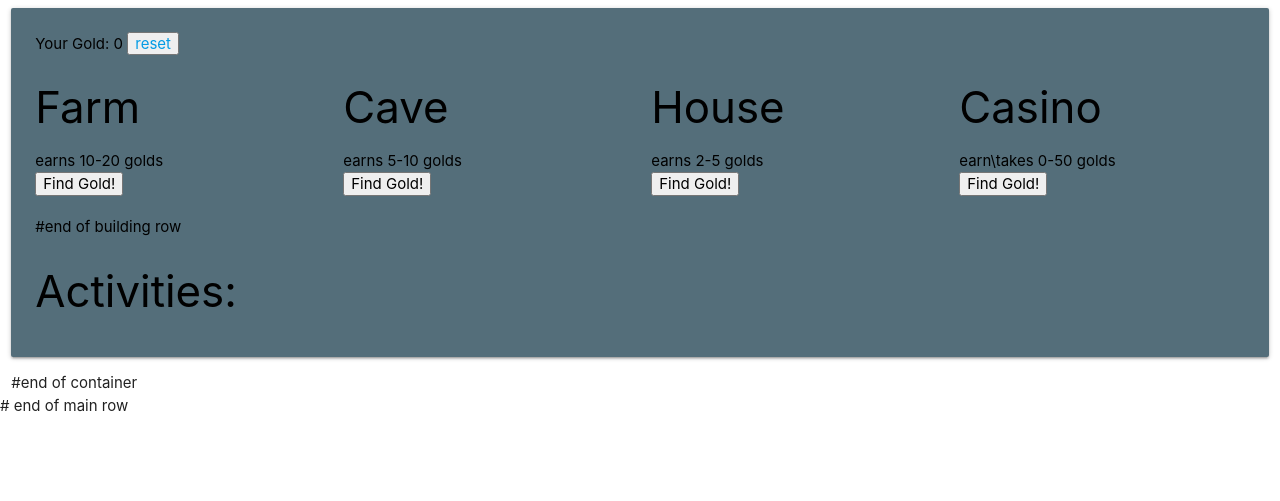
Repository: bvnger/Ninja_gold_flask
Page: http://localhost/
The author's editor kept a copy of each file at every save. The page is drawn from the files as they stood at one save, then again after the next save.
The browser window is 1280 px wide. The pictures show the whole page.
The page is served by the project's application, run on Flask 3 (server.py).

Above is the page before, as saved 2019-11-04 14:24:46.

After the next save:
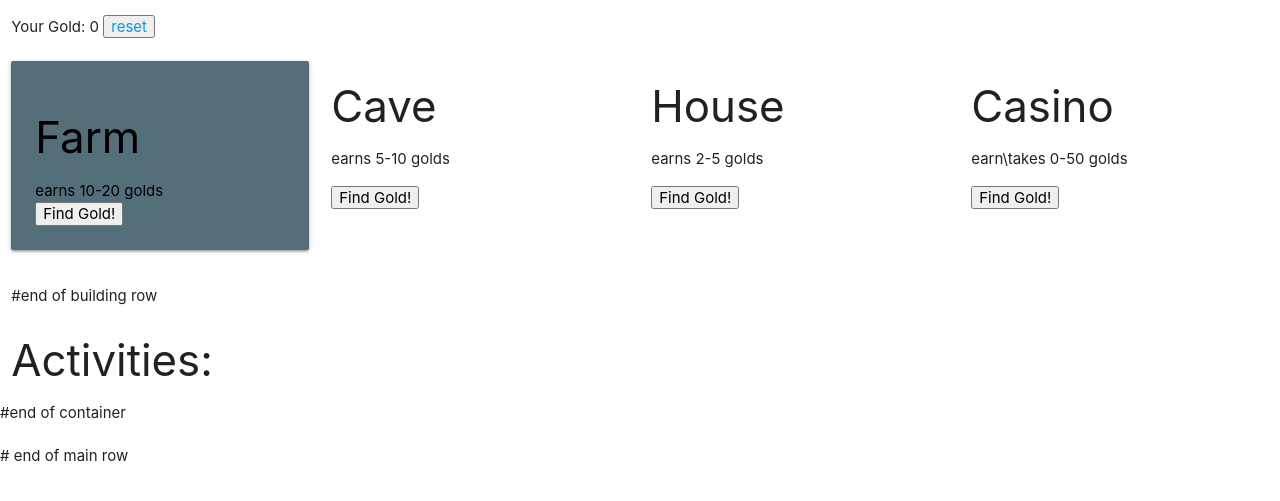
Saved 51 s later.
--- a/templates/index.html
+++ b/templates/index.html
@@ -12,8 +12,7 @@
 <body>
 <div class="row">
 <div class ="col s12">
-    <div class="card blue-grey darken-1">
-    <div class ="card-content black-text">
+
         <div  action ="/process">
             <div class ="top">
             <p>Your Gold: {{session['gold']}}
@@ -21,16 +20,19 @@
             <a href="/reset" > reset</a> </button>
             </div>
             <!-- ########################             -->
-        </div>
 <div class ="mid"> <!--#start of buildings-->
 <div class="row">
 
 <form class="col s3" action="/process" method="POST">
+    <div class="card blue-grey darken-1">
+    <div class ="card-content black-text">
     <h3>Farm</h3>
     <p>earns 10-20 golds</p>
     <input type="hidden" name="building"  value="farm"></input>
     <button type="submit">Find Gold!</button>
 </form>
+</div>
+</div>
 <form class="col s3" action="/process" method="POST">
     <h3>Cave</h3>
     <p>earns 5-10 golds</p>
